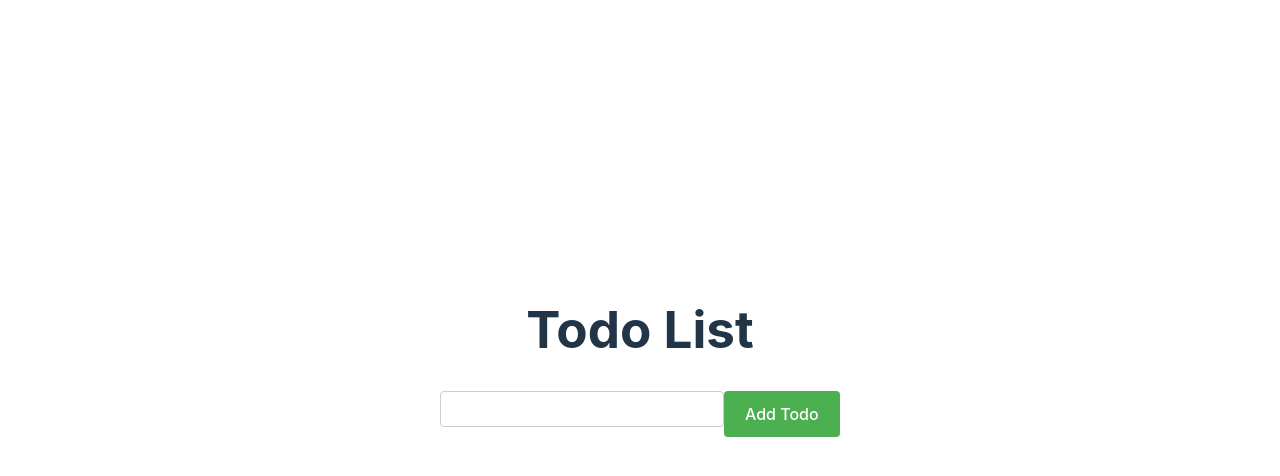
Repository: sinchana-p-iVoyant/mobx-todo
Page: /
An editor plug-in stored every save of this project. The page is shown before and after a run of saves, followed by the edit.
The browser window is 1280 px wide. The pictures show the whole page.
The project was rebuilt for these pictures with package versions that can differ from the ones it lists, and the page was loaded fresh each time. Also part of the build but not shown: vite.config.js.

Above is the page before, as saved 2024-03-07 02:23:03.

After the next 3 saves:
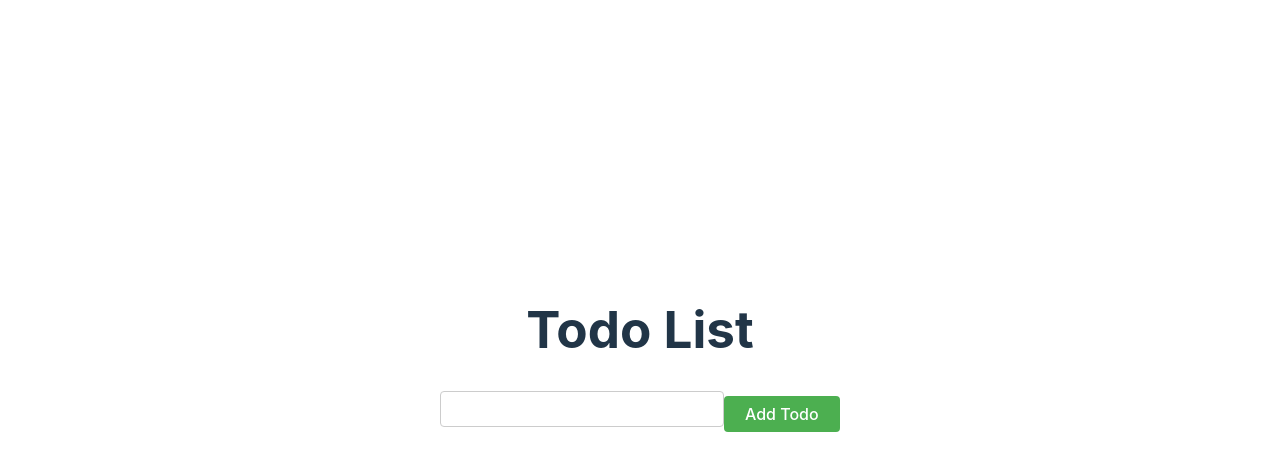
The 3 saves are shown as one change because they came seconds apart.
The last was saved 11 s later.
--- a/src/TodoList.css
+++ b/src/TodoList.css
@@ -8,7 +8,7 @@
   .input-container {
     display: flex;
     flex-direction: row;
-    jus
+    align-items: center;
   }
 
   .todo-input {
